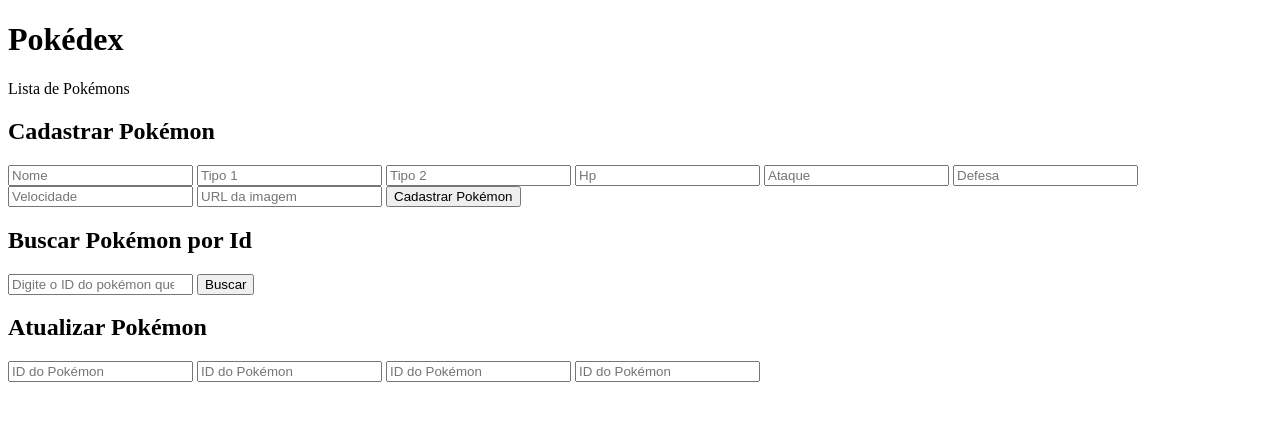
Repository: arthurSchgg/pokedex
Page: front-end/index.html
These files come from the project's save history. The page is drawn as it stood at one moment and after a run of saves; the edit follows.
The browser window is 1280 px wide. The pictures show the whole page.
The page's requests for data from a server got no answer.

Above is the page before, as saved 2026-10-01 16:04:29.

After the next 3 saves:
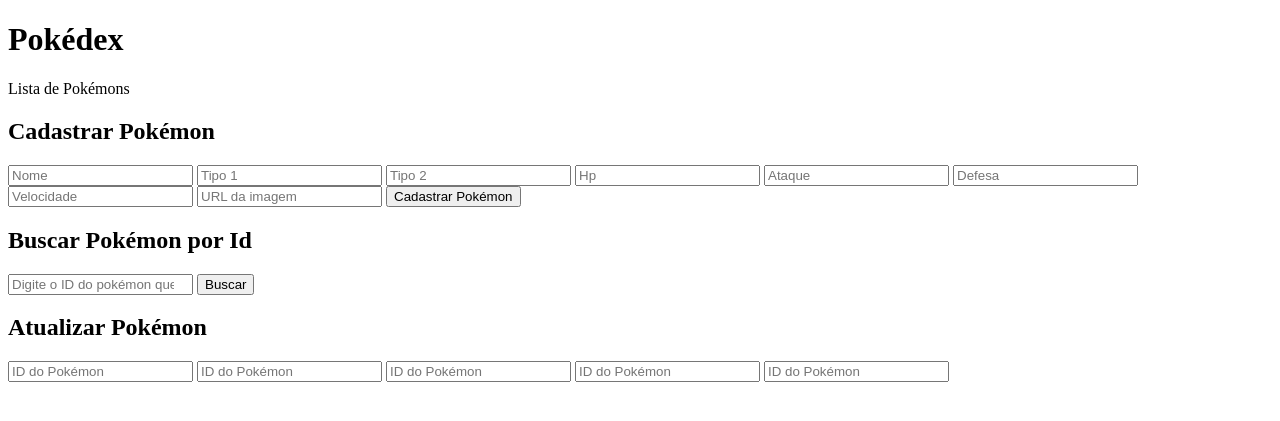
The 3 saves are shown as one change because they came seconds apart.
The last was saved 11 s later.
--- a/front-end/index.html
+++ b/front-end/index.html
@@ -80,7 +80,14 @@
 
             <input
                 type="number"
-                id="update-id"
+                id="tipo2"
+                placeholder="ID do Pokémon"
+                required
+            >
+
+            <input
+                type="number"
+                id="hp"
                 placeholder="ID do Pokémon"
                 required
             >
